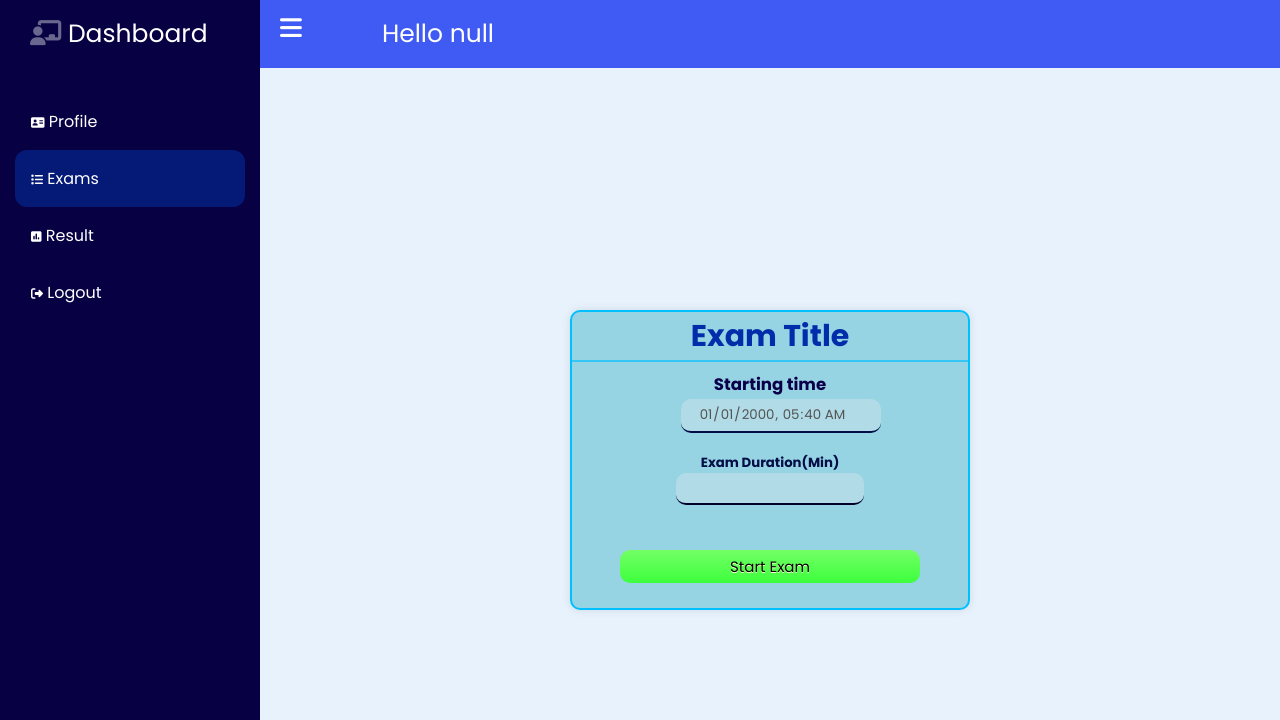
Repository: Buddhadip/ExamPortalApp_struts
Page: http://localhost/ExamWizard/WEB-INF/views/studentExams.jsp
An editor plug-in stored every save of this project. The page is shown before and after the next save, followed by the edit.
The browser window is 1280 px wide. The pictures show the whole page.
The page is served by Tomcat 9. Nobody is signed in. The template is opened directly, without the code that normally fills it, so the values that code supplies are empty.

Above is the page before, as saved 2023-07-19 09:45:33.

After the next save:
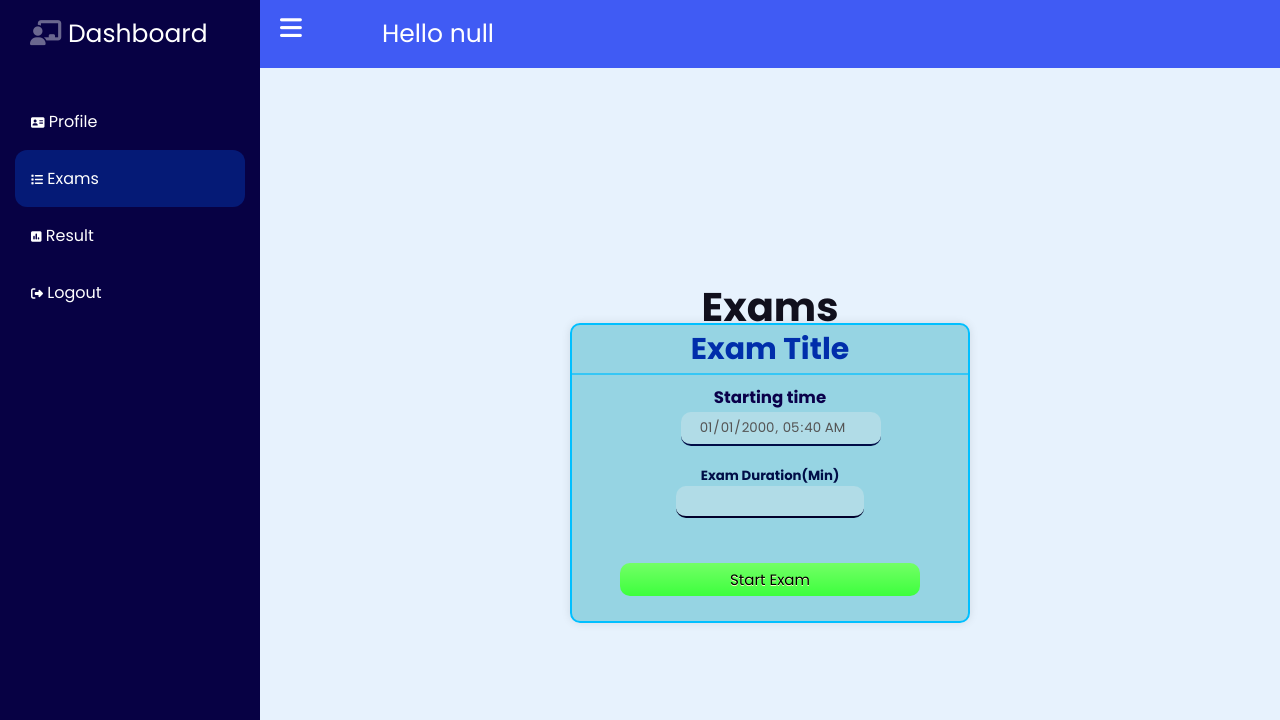
Saved 38 s later.
--- a/ExamWizard/src/main/webapp/WEB-INF/views/studentExams.jsp
+++ b/ExamWizard/src/main/webapp/WEB-INF/views/studentExams.jsp
@@ -61,6 +61,7 @@
     </nav>
 
     <main class="main">
+    <h1>Exams</h1>
       <div class="exam-card">
 
         <div class="exam-card-header">
